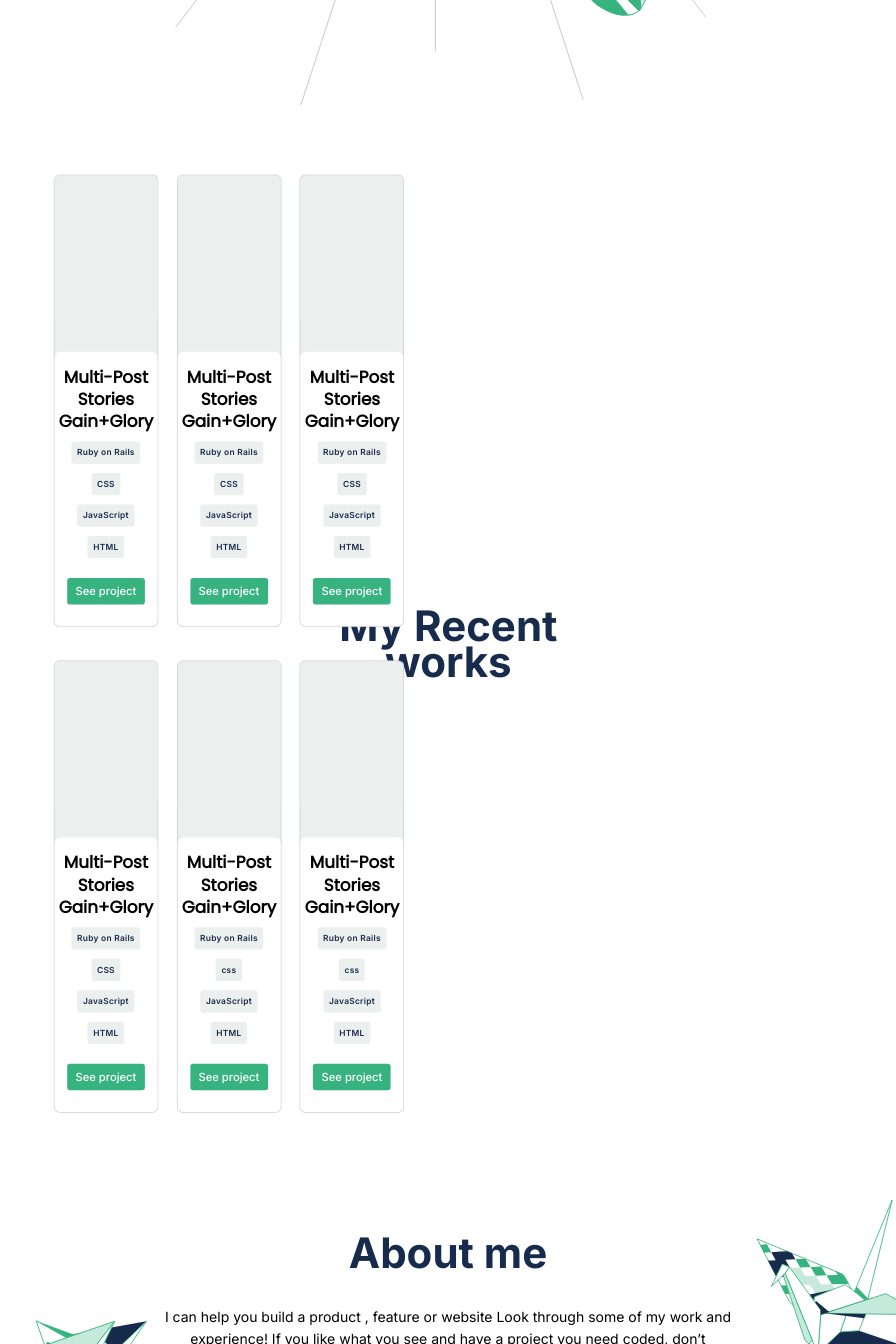
Repository: Salimer/old-Portfolio
Page: index.html
These files come from the project's save history. The page is drawn as it stood at one moment and after the next save; the edit follows.
The browser window is 1280 px wide. The pictures show the part of the page from y = 771 to 2691 px (the page is 4009 px tall before and 3302 px after), at 70% of full size.

Above is the page before, as saved 2023-04-11 21:01:18.

After the next save:
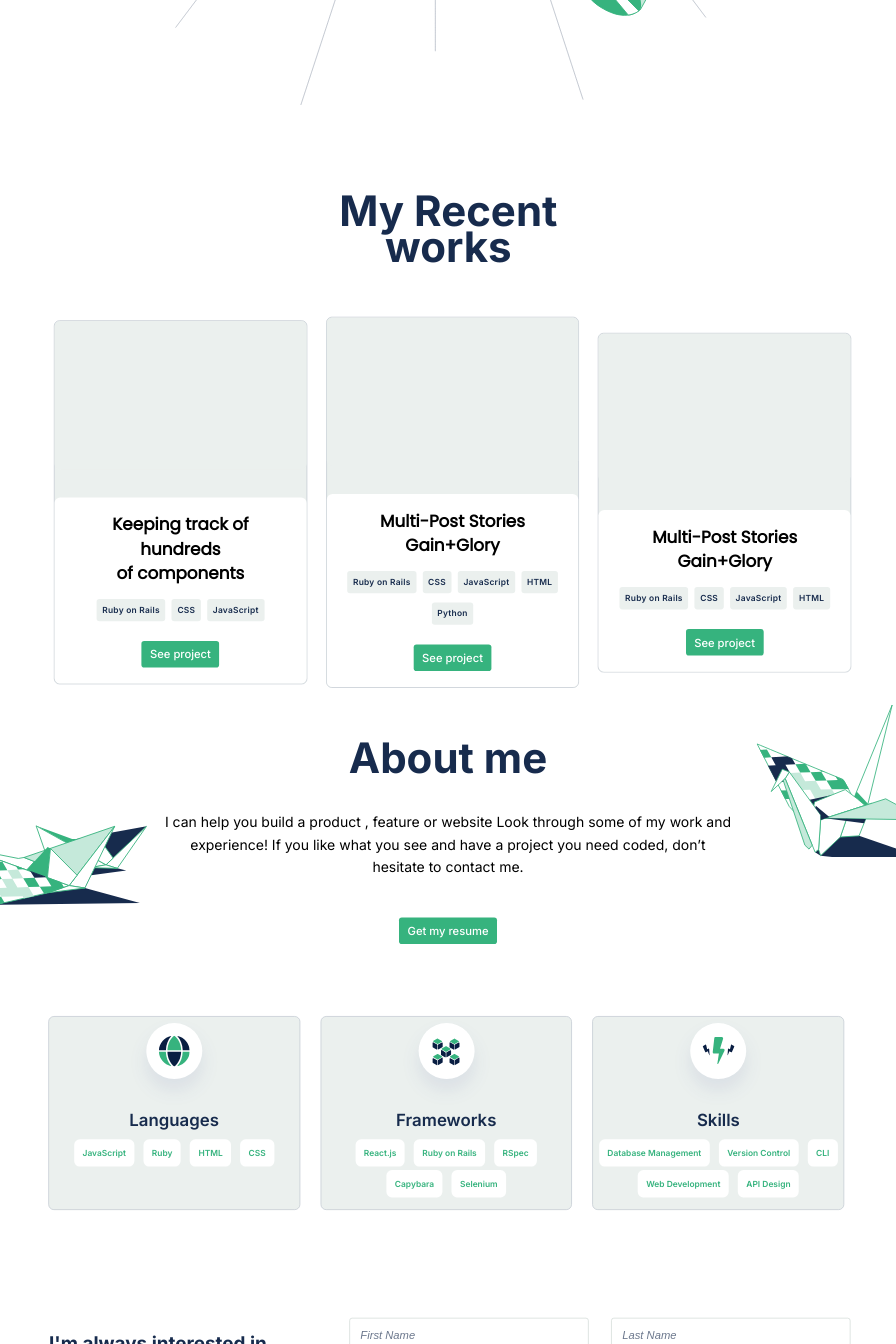
Console error: SyntaxError: Identifier 'projects' has already been declared
Saved 50 min 51 s later.
--- a/index.html
+++ b/index.html
@@ -70,113 +70,7 @@
             <div class="works-indicator">
                 <img src="Assets/Indicator.svg" width="48px" height="4px">
             </div>
-            <div class="works-cards">
-                <div class="grid-container works-one">
-                    <div class="card-top-half"></div>
-                    <div class="card-bottom-half">
-                        <h3 class="card-title">Multi-Post Stories<br>Gain+Glory</h3>
-                        <div>
-                            <ul class="technologies">
-                                <li class="grey-button">Ruby on Rails</li>
-                                <li class="grey-button">CSS</li>
-                                <li class="grey-button">JavaScript</li>
-                                <li class="grey-button">HTML</li>
-                            </ul>
-                        </div>
-                        <div>
-                            <button class="see-project green-button">See project</button>
-                        </div>
-                    </div>
-                </div>
-                <div class="grid-container works-two">
-                    <div class="card-top-half"></div>
-                    <div class="card-bottom-half">
-                        <h3 class="card-title">Multi-Post Stories<br>Gain+Glory</h3>
-                        <div>
-                            <ul class="technologies">
-                                <li class="grey-button">Ruby on Rails</li>
-                                <li class="grey-button">CSS</li>
-                                <li class="grey-button">JavaScript</li>
-                                <li class="grey-button">HTML</li>
-                            </ul>
-                        </div>
-                        <div>
-                            <button class="see-project green-button">See project</button>
-                        </div>
-                    </div>
-                </div>
-                <div class="grid-container works-three">
-                    <div class="card-top-half"></div>
-                    <div class="card-bottom-half">
-                        <h3 class="card-title">Multi-Post Stories<br>Gain+Glory</h3>
-                        <div>
-                            <ul class="technologies">
-                                <li class="grey-button">Ruby on Rails</li>
-                                <li class="grey-button">CSS</li>
-                                <li class="grey-button">JavaScript</li>
-                                <li class="grey-button">HTML</li>
-                            </ul>
-                        </div>
-                        <div>
-                            <button class="see-project green-button">See project</button>
-                        </div>
-                    </div>
-                </div>
-                <div class="grid-container works-four">
-                    <div class="card-top-half"></div>
-                    <div class="card-bottom-half">
-                        <h3 class="card-title">Multi-Post Stories<br>Gain+Glory</h3>
-                        <div>
-                            <ul class="technologies">
-                                <li class="grey-button">Ruby on Rails</li>
-                                <li class="grey-button">CSS</li>
-                                <li class="grey-button">JavaScript</li>
-                                <li class="grey-button">HTML</li>
-                            </ul>
-                        </div>
-                        <div>
-                            <button class="see-project green-button">See project</button>
-                        </div>
-                    </div>
-                </div>
-                <div class="grid-container works-five">
-                    <div class="card-top-half"></div>
-                    <div class="card-bottom-half">
-                        <h3 class="card-title">Multi-Post Stories<br>Gain+Glory</h3>
-                        <div>
-                            <ul class="technologies">
-                                <li class="grey-button">Ruby on Rails</li>
-                                <li class="grey-button">css</li>
-                                <li class="grey-button">JavaScript</li>
-                                <li class="grey-button">HTML</li>
-                            </ul>
-                        </div>
-                        <div>
-                            <button class="see-project green-button">See project</button>
-                        </div>
-                    </div>
-                </div>
-                <div class="grid-container works-six">
-                    <div class="card-top-half"></div>
-                    <div class="card-bottom-half">
-                        <h3 class="card-title">Multi-Post Stories<br>Gain+Glory</h3>
-                        <div>
-                            <ul class="technologies">
-                                <li class="grey-button">Ruby on Rails</li>
-                                <li class="grey-button">css</li>
-                                <li class="grey-button">JavaScript</li>
-                                <li class="grey-button">HTML</li>
-                            </ul>
-                        </div>
-                        <div>
-                            <button class="see-project green-button">See project</button>
-                        </div>
-                    </div>
-                </div>
-            </div>
-        </section>
-
-        <div class="space"></div>
+        </section>
 
         <section id="about" class="About-me">
             <div class="works-title">
@@ -308,7 +202,7 @@
                 <a href="#"><img id="detail-popup-x" src="Assets/detail-x.svg" alt="close-icon"></a>
              </div>
             <div class="detail-item2">
-                <span> Keeping track of hundreds of components</span>
+                <span>Keeping track of hundreds of components</span>
             </div>
             <div class="detail-item3">
                 <ul class="technologies">
@@ -343,6 +237,8 @@
         </div>
     </div>
     <script src="script.js"></script>
+    <script src="chatgpt.js"></script>
+    <script src="worksSectionRefactor.js"></script>
     <script src="seeProjectPopup.js"></script>
 </body>
 </html>
